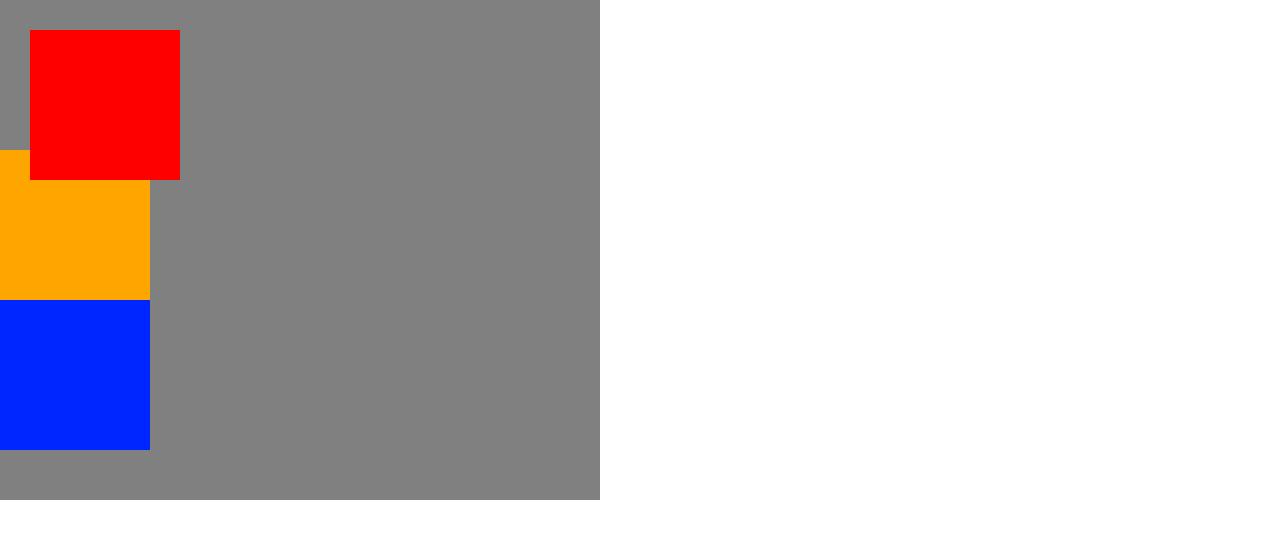
Repository: AytacSafarova/Task-12
Page: index.html
An editor plug-in stored every save of this project. The page is shown before and after a run of saves, followed by the edit.
The browser window is 1280 px wide. The pictures show the whole page.

Above is the page before, as saved 2023-07-27 09:10:31.

### index.html
<!DOCTYPE html>
<html lang="en">
<head>
  <meta charset="UTF-8">
  <meta name="viewport" content="width=device-width, initial-scale=1.0">
  <title>Document</title>
  <link rel="stylesheet" href="./index.css">
</head>
<body>
<div class="container">
  <div class="card"></div>
  <div class="card"></div>
  <div class="card"></div>
</div>

</body>
</html>

### index.css
*{
    margin: 0;
    padding: 0;
    box-sizing: border-box;
}

.container{
width: 600px;
height: 500px;
background-color: gray;
}
.card{
    width: 150px;
    height: 150px;
}
.card:nth-child(1){
    background-color: red;
    position: relative;
    top: 30px;
    left: 30px;
    /* z-index: -2; */

}
.card:nth-child(2){
    background-color: orange;
}
.card:nth-child(3){
    background-color: rgb(0, 38, 255);
}

After the next 4 saves:
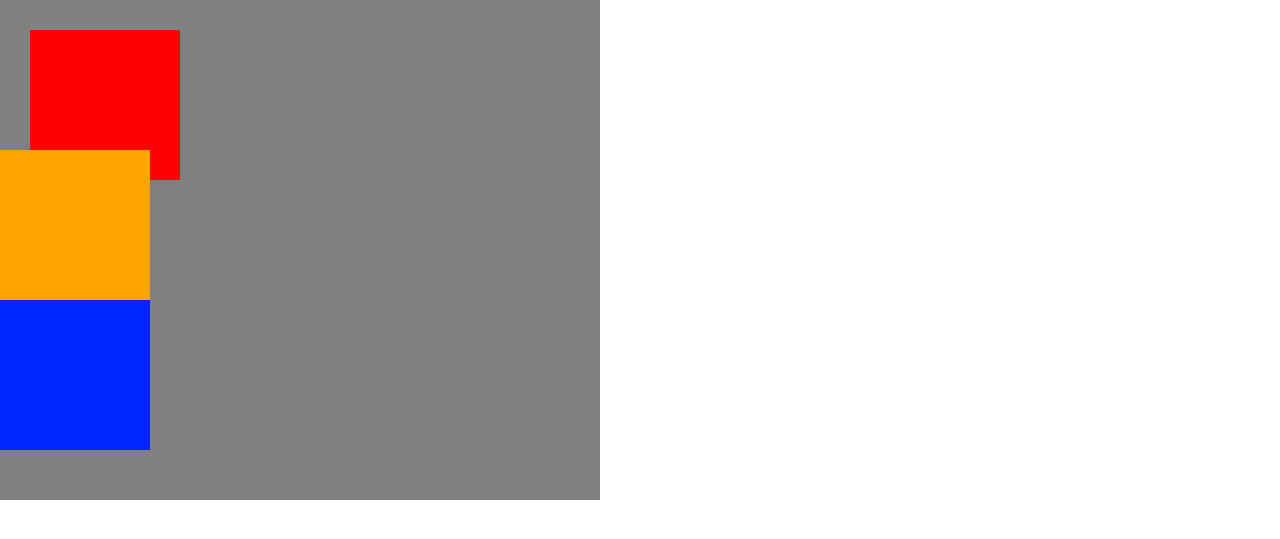
The 4 saves are shown as one change because they came seconds apart.
The last was saved 14 s later.
--- a/index.css
+++ b/index.css
@@ -23,6 +23,9 @@
 }
 .card:nth-child(2){
     background-color: orange;
+    position: relative;
+    z-index: 2;
+
 }
 .card:nth-child(3){
     background-color: rgb(0, 38, 255);
